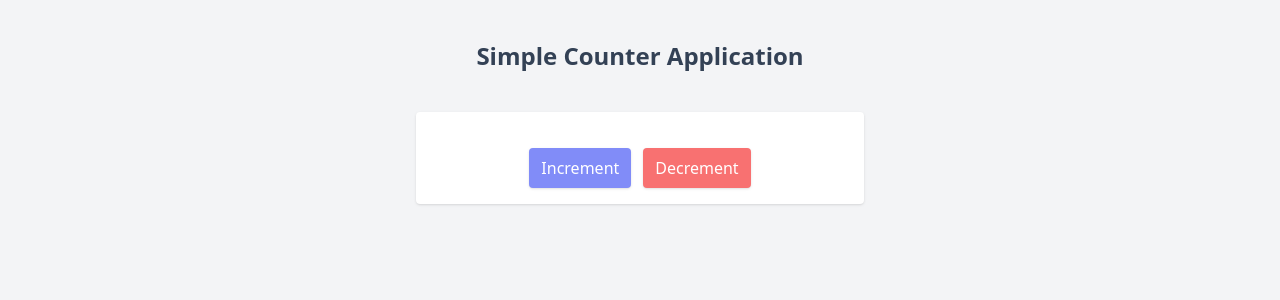
Repository: Wahid137/simple-counter-redux
Page: /
These files come from the project's save history. The page is drawn as it stood at one moment and after the next save; the edit follows.
The browser window is 1280 px wide. The pictures show the whole page.
Some web libraries are served in a nearby version. The project was rebuilt for these pictures with package versions that can differ from the ones it lists, and the page was loaded fresh each time.

Above is the page before, as saved 2023-11-06 12:54:15.

### public/index.html
<!DOCTYPE html>
<html lang="en">
    <head>
        <meta charset="utf-8" />
        <link rel="icon" href="%PUBLIC_URL%/favicon.ico" />
        <meta name="viewport" content="width=device-width, initial-scale=1" />
        <meta name="theme-color" content="#000000" />
        <meta
            name="description"
            content="Web site created using create-react-app"
        />
        <link rel="apple-touch-icon" href="%PUBLIC_URL%/logo192.png" />
        <!--
      manifest.json provides metadata used when your web app is installed on a
      user's mobile device or desktop. See https://developers.google.com/web/fundamentals/web-app-manifest/
    -->
        <link rel="manifest" href="%PUBLIC_URL%/manifest.json" />
        <!--
      Notice the use of %PUBLIC_URL% in the tags above.
      It will be replaced with the URL of the `public` folder during the build.
      Only files inside the `public` folder can be referenced from the HTML.

      Unlike "/favicon.ico" or "favicon.ico", "%PUBLIC_URL%/favicon.ico" will
      work correctly both with client-side routing and a non-root public URL.
      Learn how to configure a non-root public URL by running `npm run build`.
    -->
        <title>React App</title>
        <script src="https://cdn.tailwindcss.com"></script>
    </head>
    <body>
        <noscript>You need to enable JavaScript to run this app.</noscript>
        <div id="root"></div>
        <!--
      This HTML file is a template.
      If you open it directly in the browser, you will see an empty page.

      You can add webfonts, meta tags, or analytics to this file.
      The build step will place the bundled scripts into the <body> tag.

      To begin the development, run `npm start` or `yarn start`.
      To create a production bundle, use `npm run build` or `yarn build`.
    --></body>
</html>

### src/App.js
import { Provider } from "react-redux";
import Counter from "./components/Counter";
import store from "./redux/store";

export default function App() {
    return (
        <Provider store={store}>
            <div className="w-screen h-screen p-10 bg-gray-100 text-slate-700">
                <h1 className="max-w-md mx-auto text-center text-2xl font-bold">
                    Simple Counter Application
                </h1>

                <div className="max-w-md mx-auto mt-10 space-y-5">
                    <Counter id="1" />
                </div>
            </div>
        </Provider>
    );
}

### src/components/Counter.js
import { connect } from "react-redux";
import { decrement, increment } from "../redux/counter/actions";

function Counter({ state, increment, decrement }) {


    return (
        <div className="p-4 h-auto flex flex-col items-center justify-center space-y-5 bg-white rounded shadow">
            <div className="text-2xl font-semibold">{state}</div>
            <div className="flex space-x-3">
                <button
                    className="bg-indigo-400 text-white px-3 py-2 rounded shadow"
                    onClick={increment}
                >
                    Increment
                </button>
                <button
                    className="bg-red-400 text-white px-3 py-2 rounded shadow"
                    onClick={decrement}
                >
                    Decrement
                </button>
            </div>
        </div>
    );
}

const mapStateToProps = (state, ownProps) => {
    console.log(ownProps)
    return {
        count: state.value
    }
}

const mapDispatchToProps = (dispatch) => {
    return {
        increment: (value) => dispatch(increment(value)),
        decrement: (value) => dispatch(decrement(value)),
    }
}

export default connect(mapStateToProps, mapDispatchToProps)(Counter);

### src/redux/store.js
import { legacy_createStore as createStore } from 'redux';
import counterReducer from "./counter/counterReducer";

const store = createStore(counterReducer);

export default store;

### src/redux/counter/actions.js
import { DECREMENT, INCREMENT } from "./actionTypes"

export const increment = (value) => {
    return {
        type: INCREMENT,
        payload: value,
    }
}

export const decrement = (value) => {
    return {
        type: DECREMENT,
        payload: value,
    }
}

### src/redux/counter/counterReducer.js
import { DECREMENT, INCREMENT } from "./actionTypes"

const initialState = {
    value: 0
}

const counterReducer = (state = initialState, action) => {
    switch (action.type) {
        case INCREMENT:
            return {
                ...state,
                value: state.value + 1,
            }
        case DECREMENT:
            return {
                ...state,
                value: state.value - 1,
            }
        default:
            return state;
    }

};

export default counterReducer;

### src/redux/counter/actionTypes.js
export const INCREMENT = "counter/increment";
export const DECREMENT = "counter/decrement";

Loaded but not shown: src/index.js (common file); src/reportWebVitals.js (common file)

After the next save:
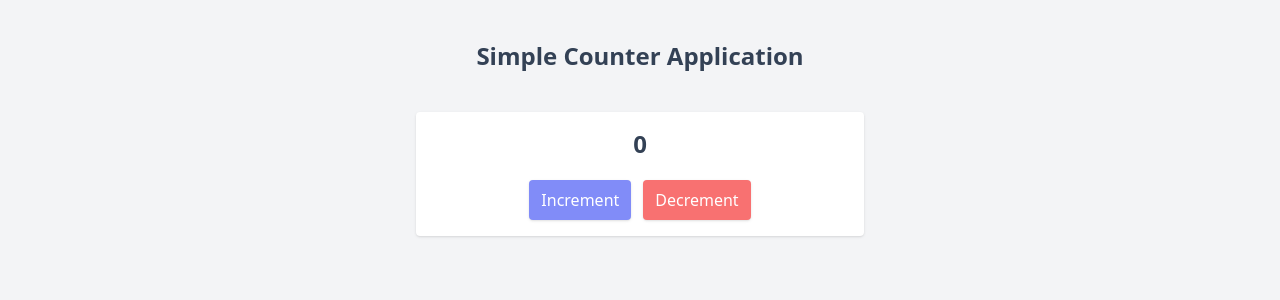
Saved 29 s later.
--- a/src/components/Counter.js
+++ b/src/components/Counter.js
@@ -1,12 +1,12 @@
 import { connect } from "react-redux";
 import { decrement, increment } from "../redux/counter/actions";
 
-function Counter({ state, increment, decrement }) {
+function Counter({ count, increment, decrement }) {
 
 
     return (
         <div className="p-4 h-auto flex flex-col items-center justify-center space-y-5 bg-white rounded shadow">
-            <div className="text-2xl font-semibold">{state}</div>
+            <div className="text-2xl font-semibold">{count}</div>
             <div className="flex space-x-3">
                 <button
                     className="bg-indigo-400 text-white px-3 py-2 rounded shadow"
